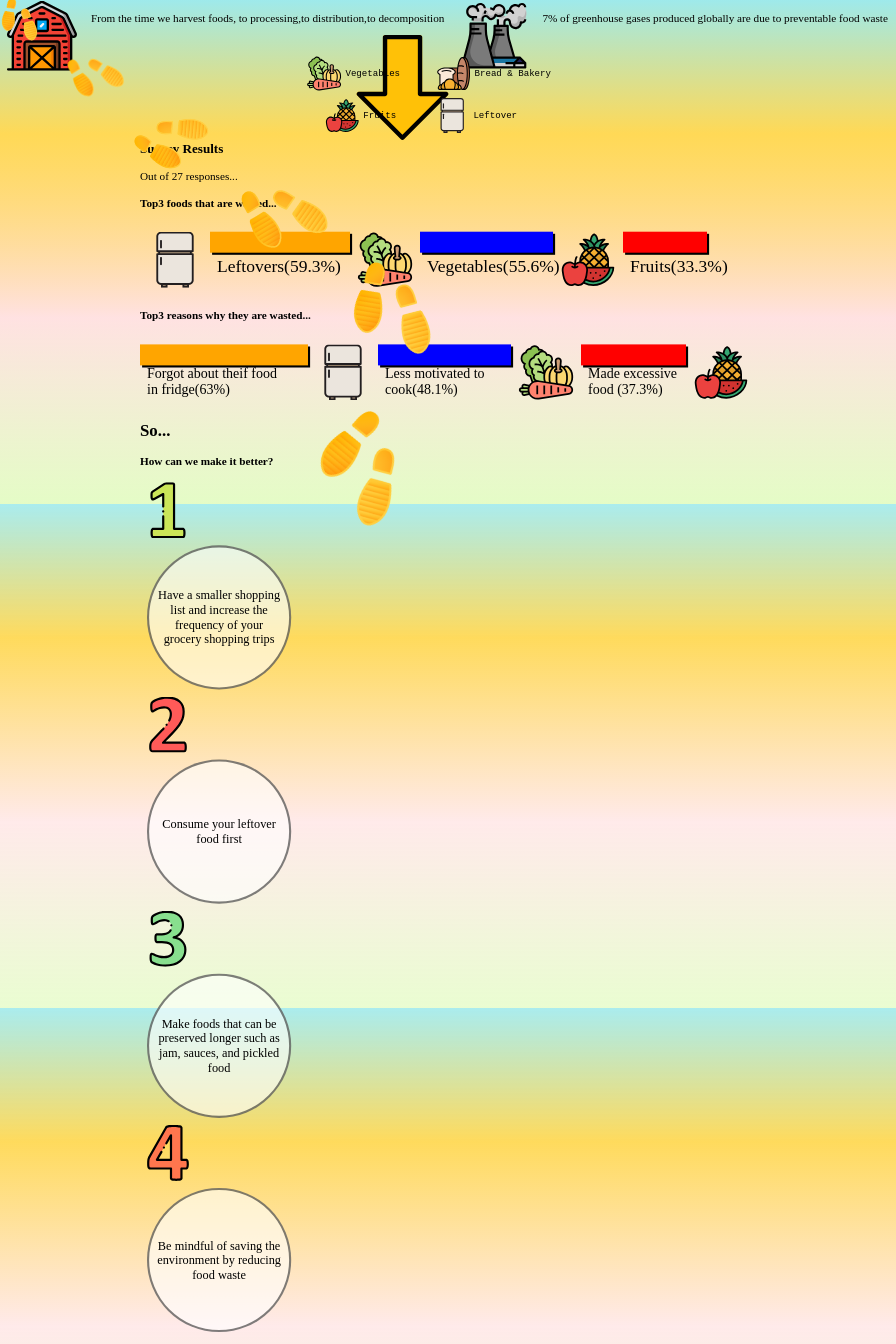
Repository: iorid3/Midterm
Page: index.html
An editor plug-in stored every save of this project. The page is shown before and after the next save, followed by the edit.
The browser window is 1280 px wide. The pictures show the part of the page from y = 0 to 1920 px (the page is 2378 px tall before and 3188 px after), at 70% of full size.

Above is the page before, as saved 2021-03-09 11:20:04.

### index.html
<!DOCTYPE html>
<html>
    <head>
       <title>Mid term</title>
        <link href= "./index.css"  rel ="stylesheet" type = "text/css" >
    </head>
<body>
   <div id = "main">

        <div class = "section1">
            <div><h1> How Food Waste Impacts Our World</h1></div>
            <div><img src ="./Images/earth crying.svg"/></div>
            <div class = "comp1"></div>
            <div class = "comp2"></div>
            <div class = "comp5"></div>
        </div>

        <div class = "section2">
            <div><h2>DId you know that...</h2></div>
            <div class ="comp3_1"></div>
            <div class ="comp3_2"></div>
            <div class ="comp3_3"></div>
            <div class ="comp3_4"></div>
            <div class = "comp1"></div>

            <div class = "flag"><img src = ""></div>
            <div><h3>Most Common Foods Thrown out by Canadians</h3></div>
               <div class = "container1">
                    <div class ="comp4_1"></div>
                    <div class ="comp4_2"></div>
                    <div class ="comp4_3"></div>
                    <div class ="comp4_4"></div>
                </div>

            <div class = "comp5"></div>
            <div><h3>In Canada, entirely, that is almost 2.2 million tonnes of food wasted</h3></div>
            <div><img src = ""></div>
        </div>

        <div class = "section3">
            <div><h2>How does food waste contribute to carbon foodprint?</h2></div>
            <div><img src = ""></div>

            <div class = "comp6"></div>
            <div class = "comp6"></div>
            <div class = "comp6"></div>
            <div class = "comp6"></div>

                <div class = "container2">
                    <div><img src = ""></div>
                    <div><img src = ""></div>
                    <div><img src = ""></div>
                </div>

            <div class = "comp6"></div>


        </div>


        <div class = "section4">
            <div class = "container3">
               <div><img src = ""></div>
               <div><h3>Survey Results</h3></div>
               <div>Out of 27 responses...</div>
            </div>


            <div class ="comp2"></div>
            <div><h4>Top3 foods that are wasted...</h4></div>
            <div class = "container4">
                <div class = "comp7"></div>
                <div class = "comp7"></div>
                <div class = "comp7"></div>
            </div>

            <div><h4>Top3 reasons why they are wasted...</h4></div>
            <div class = "container5">
                <div class = "comp8"></div>
                <div class = "comp8"></div>
                <div class = "comp8"></div>
            </div>



            <div><h2>So...</h2></div>

            <div><h4>How can we make it better?</h4></div>
            <div class = "container6">
                <div class ="comp9"></div>
                <div class ="comp9"></div>
                <div class ="comp9"></div>
                <div class ="comp9"></div>
            </div>
        </div>

        <div class = "section5">

            <div><h3>Small Steps goes a long way</h3></div>
            <div class = "comp10"></div>
            <div class = "comp10"></div>
            <div class = "comp10"></div>
            <div class = "comp10"></div>
            <div class = "comp10"></div>
            <div class = "comp10"></div>

            <div><img src = ""></div>
            <div><img src = ""></div>

            <div class = "comp5"></div>
            <div><h3>Do your part in saving the environment by ...</h3></div>
            <div><h2>Using this app to reduce food waste</h2></div>
            <div><h2>FridgeSaver</h2></div>
            <div><img src =""></div>
            <div class = "comp5"></div>
            <div><h5>Start with what you have in your fridge</h5></div>

            <div><img src =""></div>
            <div><h5>Ready to find interesting recipes?</h5></div>



        </div>

    <h1>HIHIHI</h1>



       <!-- <div class = "col left">
           <div class = "row top">
               <div class = "shake"></div>
           </div>
           <div class = "row mid">
               <div class = "rank1"></div>
               <div class = "rank2"></div>
           </div> -->
    </div>

<script src = ./Comps/comp1/index.js></script>
<script src = ./Comps/comp2/index.js></script>
<script src = ./Comps/comp3/index.js></script>
<script src = ./Comps/comp4/index.js></script>
<script src = ./Comps/comp5/index.js></script>
<script src = ./Comps/comp6/index.js></script>
<script src = ./Comps/comp7/index.js></script>
<script src = ./Comps/comp8/index.js></script>
<script src = ./Comps/comp9/index.js></script>
<script src = ./Comps/comp10/index.js></script>

<script src = ./index.js></script>
</body>
</html>

### index.css
html,body{
    margin:0;
    background: linear-gradient(180deg, rgba(156, 233, 235, 0.86) 0%, rgba(255, 217, 86, 0.96) 26.56%, rgba(255, 220, 220, 0.6) 63.02%, rgba(227, 252, 195, 0.76) 100%);
    mix-blend-mode: normal;
}
#main{
    width:100vw;
    height:100vh;
    display:flex;
    flex-direction: column;
    align-items: center;
    justify-content: center;
}

.section1{

}


.section2{

}

.section3{

}

.section4{
}


.section5{
}

### Comps/comp1/index.js
function Comp1UI(url="Images/confusion.png", size ="10px", font= "Poppins", text="text"){
    return `<div style='
            width: 100vw;
            height: 30vh;
            display: inline-flex;
            justify-content: center;
            align-items: center;
            transition: opacity 1s;
            opacity: 0.25;
            position:absolute;
        '
        onclick='Comp1UI.HandleClick(this)'
        >

        <img style='
            display: inline-flex;
            width: 200px;
            position: relative;
            left: 140px;
            top: 60px;
        'src="${url}" />

        <div>
            <img style='
                display: inline-flex;
                position: relative;
                width: 500px;
                left: 100px;
                bottom: 10px;
            'src="Images/chat.svg" />

            <div style='
                display: inline-flex;
                position: relative;
                bottom: 280px;
                right: 265px;
                font-size: ${size};
                font-weight: bold;
                font-family: ${font};
            '> ${text}</div>
        </div>
    </div>`
}

Comp1UI.HandleClick = (el) => {
    el.style.opacity = 1;
}

### Comps/comp2/index.js
function Comp2UI(url="Images/confusion.png", size ="10px", font= "Poppins", text="text"){
    return `<div style='
        width: 100vw;
        height: 30vh;
        display: inline-flex;
        justify-content: center;
        align-items: center;
        transition: opacity 1s;
        opacity: 0.25;
        position:absolute;
    '
    onclick='Comp1UI.HandleClick(this)'
    >

        <img style='
            display: inline-flex;
            width: 200px;
            position: relative;
            left: 500px;
            top:60px;
        ' src="${url}"/>

        <div>
            <img style='
                display: inline-flex;
                position: relative;
                width: 500px;
                right: 200px;
                bottom: 10px;
                transform: rotateY(180deg)
            ' src="Images/chat2.svg" />

            <div style='
                display: inline-flex;
                position: relative;
                bottom: 280px;
                right: 560px;
                font-size: ${size};
                font-weight: bold;
                font-family: ${font};
            ' >${text}</div>
        </div>
    </div>`
}

Comp2UI.HandleClick = (el) => {
    el.style.opacity = 1;
}

### Comps/comp3/index.js
function Comp3UI(Text='Average Canadian wastes 140kg of food in a year', url='https://placekitten.com/400/400') {
    return `
        <div style='
            display: inline-flex;
            align-items: center;
            justify-content: center;

            transition-property: transform;
            transition-duration: 1s;
            transition-timing-function: ease-in-out;
            transition-delay: 1s;

        '>
            <div style='
                flex-basis: 200px;
                text-align: center;
                padding-right: 10px;
                font-family: monospace;


            '
            >${Text}</div>

            <div style='
                width: 100px;
                height: 100px;
            '
            // onclick='Comp3UI.HandleClick(this)'
            >
                <img  style='
                    width: 100%;
                    height: 100%;
                    object-fit: cover;
                '
                src='${url}' />
        </div>
    `
}

// Comp3UI.HandleClick = (el) => {
//     el.style.top = "110%";
// }


// export const Comp3 = Comp3UI();

### Comps/comp4/index.js
function Comp4UI(url='https://placekitten.com/300/300',text='Bread & Bakery',x='0',y='0') {
    return `
        <div style='
            display: flex;
            flex-direction: row;
            align-item: center;
            justify-content: center;
            width: 250px;
            height: 50px;
            margin: 10px;
            position: absolute;
            top: ${x}px;
            left: ${y}px;

            animation-name: bouncing;
            animation-duration: 1.5s;
            animation-direction: alternate;
            animation-iteration-count: infinite;
            animation-delay: 2s;



        '
        >
            <div style='
                width: 50px;
                height: 50px;
            '>
                <img style='
                    width: 100%;
                    height: 100%;
                    object-fit: cover;
                '
                src='${url}' />
            </div>
            <div style='
            font-family: monospace;
            text-align: center;
            padding-top: 18px;
            padding-left: 5px;
            '
            >${text}</div>
        </div>
    `
}




// export const Comp4 = Comp4UI();

### Comps/comp5/index.js
function Comp5UI(x='0', y='0', url='https://placekitten.com/300/300') {
    return `
        <div style='
            width: 150px;
            height: 150px;
            position: absolute;
            top: ${x}px;
            left: ${y}px;

        '
        >
            <img style='
                width: 100%;
                height: 100%;
                object-fit: cover;

                animation-name: bounce;
                animation-duration: 1s;
                animation-direction: alternate;
                animation-iteration-count: infinite;

            '
            src='${url}' />


        </div>

    `
}

// export const Comp5 = Comp5UI();

### Comps/comp6/index.js
function Carboncomp(text =" 7% of greenhouse gases produced globally are due to preventable food waste", url= "images/factory.svg"){
    return `<div style = "
                          display:inline-flex;
                          ">
                         <div style = "display:flex;
                         padding:10px;">
                         <img style ="
                          width:100px;
                          height:100px;
                         " src  = "${url}"></div>
                         <div style ="
                         display:flex;
                         padding:10px;"><p>${text}</p></div>

            </div>`

}

### Comps/comp7/index.js
function Graphcomp(url ="images/vegetable.svg",text ="Leftovers(59.3%)",color ="pink",width ="200px" ){
    return `<div style = "
                          display:inline-flex;
                          align-items:flex-start;
                          justify-content:flex-start;
                          ">
                            <div style = "display:flex;
                            padding:10px;
                            width:80px;
                            height:80px;
                            ">
                            <img src  = "${url}"></div>
                            <div class = "graph"
                            style ="
                            width:${width};
                            height:30px;
                            margin-top:10px;
                            background-color:${color};
                            box-shadow: 3px 3px ;
                            transition:background-color,1s,box-shadow, 1s;"
                            onmouseover = "Graphcomp.HandleMouseover(this)">
                            <div style ="
                            display:flex;
                            padding:10px;
                            font-size:25px;"><p>${text}</p></div>
                            </div>



            </div>`


}

Graphcomp.HandleMouseover = (el)=>{
   el.style.boxShadow = "8px 8px";
//    el.style.width = "400px";
 }

### Comps/comp8/index.js
function Graphcomp2(url ="images/vegetable.svg",text ="Leftovers(59.3%)",color ="pink",width ="200px" ){
    return `<div style = "
                          display:inline-flex;
                          flex-direction:row;
                          justify-content:center;
                          ">
                            <div class = "graph"
                            style ="
                            display:flex;
                            width:${width};
                            height:30px;
                            margin-top:10px;
                            background-color:${color};
                            box-shadow: 3px 3px ;
                            transition:background-color,1s,box-shadow, 1s;"
                            onmouseover = "Graphcomp2.HandleMouseover(this)">
                            <div style ="
                            display:flex;
                            width:200px;
                            padding:10px;
                            font-size:20px;"><p>${text}</p></div>
                            </div>
                            <div style = "display:flex;
                            padding:10px;
                            width:80px;
                            height:80px;
                            ">
                            <img src  = "${url}"></div>




            </div>`


}

Graphcomp2.HandleMouseover = (el)=>{
//    el.style.backgroundColor  = "blue";
   el.style.boxShadow = "8px 8px";
//    el.style.width = "400px";
 }

### Comps/comp9/index.js
function Comp9UI(url="Images/1.svg", text="4 Ways to Make it Better") {
    return `
        <img style='
            width: 80px;
            height: 80px;
            transition: width 0.2s;
            transition-timing-function: ease-in-out;
            display: flex;
        justify-content: center;
        align-items: center;
        flex-wrap: wrap;
        '

        onmouseover='Comp9UI.HandleImageHover(this)'
        onmouseout='Comp9UI.HandleImageHoverOut(this)'

        src="${url}"/>

        <div style='
            width: 180px;
            height: 180px;
            margin: 10px;
            padding: 10px;
            background-color: rgba(255, 255, 255, 0.6);
            border: 3px solid rgba(0, 0, 0, 0.5);
            border-radius: 50%;
            display: flex;
            justify-content: center;
            align-items: center;
            font-size: 1.1em;
            line-height: 1.2em;
            text-align: center;
            transition: width 0.2s;
            transition-timing-function: ease-in-out;
        '
            onmouseover='Comp9UI.HandleHover(this)'
            onmouseout='Comp9UI.HandleHoverOut(this)'

        >${text}</div>

    `
}

Comp9UI.HandleImageHover = (el) => {
    el.style.width = "120px";
    el.style.height = "120px";
}

Comp9UI.HandleImageHoverOut = (el) => {
    el.style.width = "80px";
    el.style.height = "80px";
}

Comp9UI.HandleHover = (el) => {
    el.style.color = "#2E8B57";
    // el.style.width = "210px";
    // el.style.height = "210px";
    // el.style.fontSize = "1.4em";
}

Comp9UI.HandleHoverOut = (el) => {
    el.style.color = "#000000";
    // el.style.width = "180px";
    // el.style.height = "180px";
    // el.style.fontSize = "1.1em";
}
// export const comp9 = Comp9UI();

### Comps/comp10/index.js
function Comp10UI(w="55px", tdeg="120deg", top="0px", left="0px", anidelay="1s") {
    return `
    <img style='
        width: ${w};
        transform: rotate(${tdeg});
        position: absolute;
        top: ${top};
        left: ${left};

        animation-name: footsteps;
        animation-duration: 4s;
        animation-delay: ${anidelay};
        animation-iteration-count: infinite;

    'src="Images/footstep.png"/>

    `
}

// export const comp10 = Comp10UI();

### index.js
document.querySelector(".comp1").innerHTML += Comp1UI("./images/question.svg","25px", "Poppins", "What's the issue?");
document.querySelector(".comp2").innerHTML += Comp2UI("./images/professor.svg", "25px", "Poppins", "Good Question!");

//add claudia's componenets

document.querySelector(".comp3_1").innerHTML += Comp3UI('Average Canadian wastes 140kg of food in a year', 'Images/crowd.svg')
document.querySelector(".comp3_2").innerHTML += Comp3UI('That’s worth about $1,100 Canadian dollars', 'Images/plant.svg')
document.querySelector(".comp3_3").innerHTML += Comp3UI('About 63% of the food that is thrown away could be eaten or used', 'Images/garbage.svg')
document.querySelector(".comp3_4").innerHTML += Comp3UI('A single household waste approximately $100 per month', 'Images/family.svg')

document.querySelector(".comp4_1").innerHTML += Comp4UI('Images/vegetable.svg', 'Vegetables',70,370)
document.querySelector(".comp4_2").innerHTML += Comp4UI('Images/bread.svg', 'Bread & Bakery',70,570)
document.querySelector(".comp4_3").innerHTML += Comp4UI('Images/fruits.svg', 'Fruits',130,380)
document.querySelector(".comp4_4").innerHTML += Comp4UI('Images/fridge.svg', 'Leftover',130,545)

document.querySelector(".comp5").innerHTML += Comp5UI(50,500,'Images/down-arrow.svg')


document.querySelector(".comp9").innerHTML += Comp9UI("Images/1.svg", "Have a smaller shopping list and increase the frequency of your grocery shopping trips");
document.querySelector(".comp9").innerHTML += Comp9UI("Images/2.svg", "Consume your leftover food first");
document.querySelector(".comp9").innerHTML += Comp9UI("Images/3.svg", "Make foods that can be preserved longer such as jam, sauces, and pickled food");
document.querySelector(".comp9").innerHTML += Comp9UI("Images/4.svg", "Be mindful of saving the environment by reducing food waste");

document.querySelector(".comp10").innerHTML += Comp10UI("60px", "120deg", "0px", "0px", "1s");
document.querySelector(".comp10").innerHTML += Comp10UI("75px", "80deg", "70px", "100px", "1.5s");
document.querySelector(".comp10").innerHTML += Comp10UI("95px", "50deg", "150px", "200px", "2s");
document.querySelector(".comp10").innerHTML += Comp10UI("115px", "80deg", "250px", "350px", "2.5s");
document.querySelector(".comp10").innerHTML += Comp10UI("130px", "120deg", "380px", "500px", "3s");
document.querySelector(".comp10").innerHTML += Comp10UI("145px", "150deg", "600px", "450px", "3.5s");

document.querySelector(".comp6").innerHTML +=  Carboncomp();
document.querySelector(".comp6").innerHTML +=  Carboncomp(text = "Waste food that ends up in the landfill produces methane gas",url= "images/garbage.svg");
document.querySelector(".comp6").innerHTML +=  Carboncomp(text ="which 21x more potent than carbon dioxide. It may give serious damage to our society. ",url ="images/skull.svg" );
document.querySelector(".comp6").innerHTML +=  Carboncomp(text = "From the time we harvest foods, to processing,to distribution,to decomposition", url ="images/barn.svg");
document.querySelector(".comp6").innerHTML +=  Carboncomp();
document.querySelector(".comp7").innerHTML +=  Graphcomp("Images/fridge.svg",text ="Leftovers(59.3%)",color ="orange",width ="200px");
document.querySelector(".comp7").innerHTML +=  Graphcomp("Images/vegetable.svg",text ="Vegetables(55.6%)",color ="blue",width ="190px");
document.querySelector(".comp7").innerHTML +=  Graphcomp("Images/fruits.svg",text ="Fruits(33.3%)",color ="red",width ="120px");
document.querySelector(".comp8").innerHTML +=  Graphcomp2("Images/fridge.svg",text ="Forgot about theif food in fridge(63%)",color ="orange",width ="240px");
document.querySelector(".comp8").innerHTML +=  Graphcomp2("Images/vegetable.svg",text ="Less motivated to cook(48.1%)",color ="blue",width ="190px");
document.querySelector(".comp8").innerHTML +=  Graphcomp2("Images/fruits.svg",text ="Made excessive food (37.3%)",color ="red",width ="150px");

After the next save:
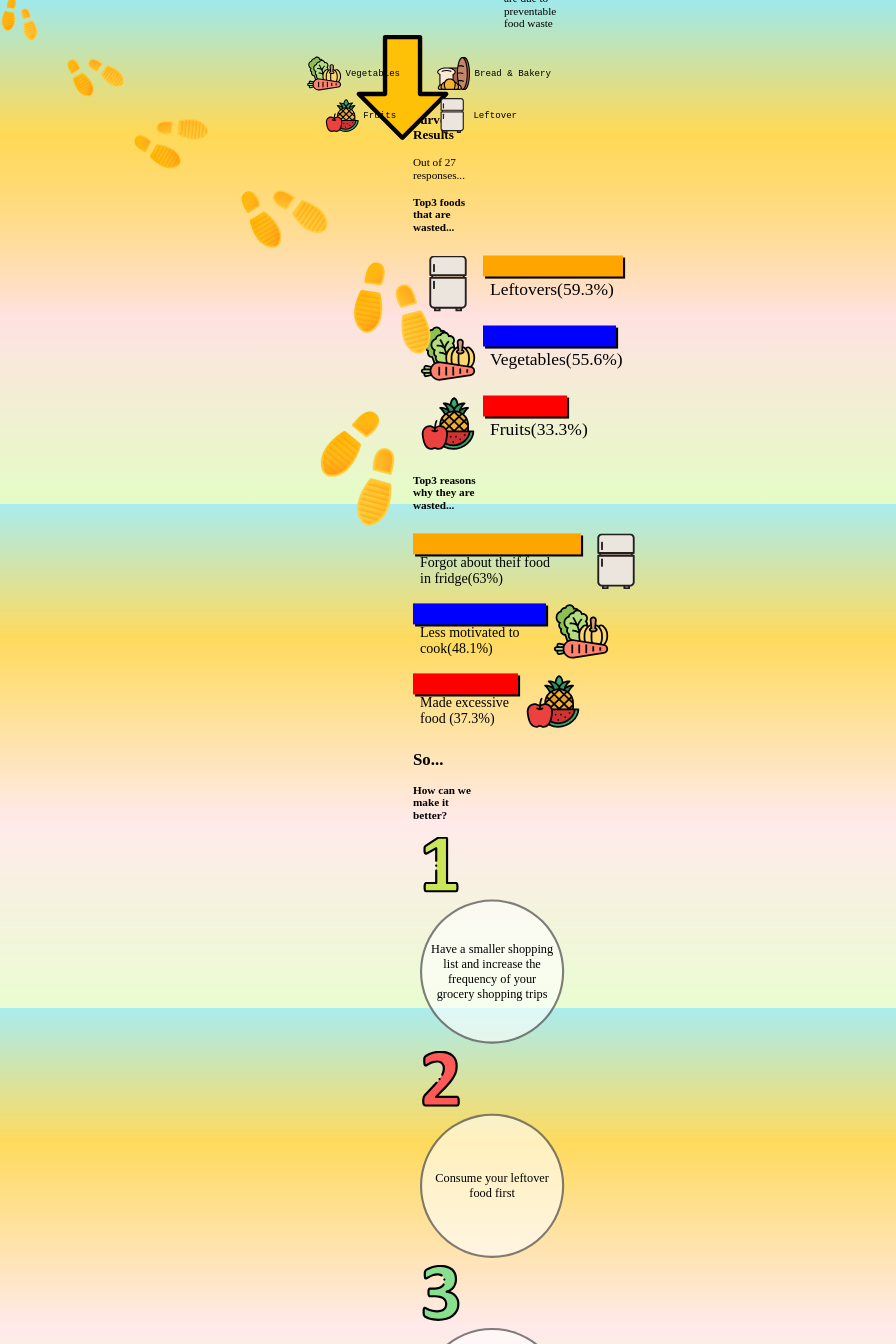
Saved 74 s later.
--- a/index.css
+++ b/index.css
@@ -13,21 +13,24 @@ html,body{
 }
 
 .section1{
-
+  width:100px
 }
 
 
 .section2{
+    width:100px
 
 }
 
 .section3{
-
+    width:100px
 }
 
 .section4{
+    width:100px
 }
 
 
 .section5{
+    width:100px
 }
